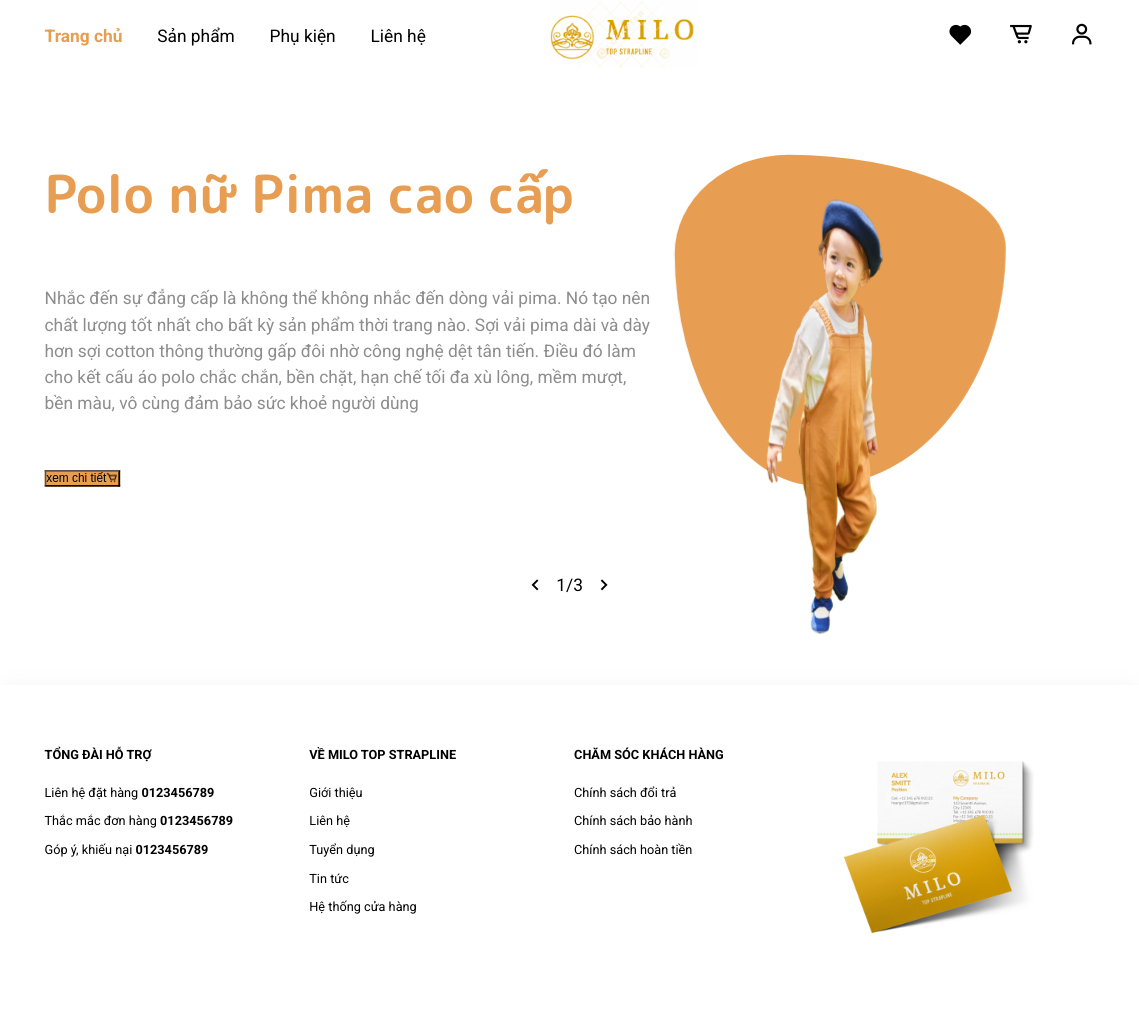
Repository: QuyHoang99k/shop
Page: /
An editor plug-in stored every save of this project. The page is shown before and after the next save, followed by the edit.
The browser window is 1280 px wide. The pictures show the whole page, at 89% of full size.
The project was rebuilt for these pictures with package versions that can differ from the ones it lists, and the page was loaded fresh each time. Also part of the build but not shown: src/pages/Catalog.jsx, src/pages/Cart.jsx, src/pages/Product.jsx.

Above is the page before, as saved 2021-10-18 20:11:43.

### src/sass/index.scss
@import "./_variables.scss";
@import "./mixins";
@import "./_base.scss";

@import "./components/header";
@import "./components/footer";
@import "./components/hero-slider";

### src/components/Layout.jsx
import React from 'react'

import { BrowserRouter, Route } from 'react-router-dom'

import Header from './Header'
import Footer from './Footer'

import Routes from '../routes/Routes'

const Layout = () => {
    return (
        <BrowserRouter>
            <Route render={props => (
                <div>
                    <Header {...props}/>
                    <div className="container">
                        <div className="main">
                            <Routes/>
                        </div>
                    </div>
                    <Footer/>
                </div>
            )}/>
        </BrowserRouter>
    )
}

export default Layout

### src/sass/_variables.scss
$main-bg: #fff;
$main-color: #E79E52;

$txt-main-color: #000;
$txt-second-color:#8d8d8d;
$txt-white:#fff;

$btn-main-bg: $main-color;
$btn-main-color:#fff;

$header-height:80px;
$header-tablet-height:70px;
$header-mobile-height:40px;
$header-shrink-height:70px;

$box-shadow: rgba(149,157,165,0.2) 0px 8px 24px;

$colors:(
  "blue":#E79E52,
  "orange":#E0D3E9,
  "pink":#C19D71,
  "white":#fff,
  "black":#000,
  "main":$main-color

);
$mobile-width: 600px;
$tablet-width:1024px;

$numbers: (0,1,2,3,4,5,6,7,8);

### src/sass/_mixins.scss
@mixin flex ($align-item, $justify-content) {
    display: flex;
    align-items: $align-item;
    justify-content: $justify-content;
}
@mixin mobile {
    @media only screen and (max-width: $mobile-width){
        @content;
    }
}
@mixin tablet {
    @media only screen and (max-width: $tablet-width){
        @content;
    }
}

### src/sass/_base.scss
@import url("https://fonts.googleapis.com/css2?family=M+PLUS+Rounded+1c:wght@100;300;400;500;700;800;900&family=Roboto:ital,wght@0,100;0,300;0,400;0,500;0,700;0,900;1,100;1,300;1,400;1,500;1,700;1,900&display=swap");

@import url("https://fonts.googleapis.com/css2?family=M+PLUS+Rounded+1c:wght@100;300;400;500;700;800;900&family=Roboto:ital,wght@0,100;0,300;0,400;0,500;0,700;0,900;1,100;1,300;1,400;1,500;1,700;1,900&display=swap");

* {
    padding: 0;
    margin: 0;
    box-sizing: border-box;
    -webkit-tap-highlight-color: transparent;
    user-select: none;
}

html {
    font-size: 13px;
}

body {
    font-family: "Roboto", sans-serif;
}

ul {
    list-style-type: none;
}

a {
    text-decoration: none;
    color: unset;
}

a:hover {
    color: $main-color;
}

img {
    max-width: 100%;
}

@each $color, $val in $colors {
    .color-#{$color} {
        color: $val;
    }

    .bg-#{$color} {
        background-color: $val;
    }
}

@each $val in $numbers {
    .grid-col-#{$val} {
        grid-template-columns: repeat($val, 1fr);
    }
}

@each $val in $numbers {
    .grid-col-md-#{$val} {
        @include tablet {
            grid-template-columns: repeat($val, 1fr);
        }
    }
}

@each $val in $numbers {
    .grid-col-sm-#{$val} {
        @include mobile {
            grid-template-columns: repeat($val, 1fr);
        }
    }
}

.container {
    width: 100%;
    max-width: 1620px;
    padding: 0 50px;
    margin: auto;

    @include tablet {
        padding: 0 20px;
    }

    @include mobile {
        padding: 0 10px;
    }
}

.main {
    margin-top: $header-height;
    margin-bottom: 2rem;
    min-height: 100vh;

    @include tablet {
        margin-top: calc(#{$header-tablet-height} + 20px);
    }

    @include mobile {
        margin-top: calc(#{$header-mobile-height} + 10px);
    }
}

.grid {
    display: grid;
}

### src/sass/components/_header.scss
.header {
    background-color: $main-bg;
    position: fixed;
    top: 0;
    left: 0;
    width: 100%;
    z-index: 100;
    height: $header-height;
    transition: height 0.3s ease;

    @include tablet {
        height: $header-tablet-height;
        box-shadow: $box-shadow;
    }

    @include mobile {
        height: $header-mobile-height;
    }

    .container {
        height: 100%;
    }

    &.shrink {
        height: $header-shrink-height;
        box-shadow: $box-shadow;
        z-index: 100;

        @include mobile {
            height: $header-mobile-height;
        }
    }

    &__logo {
        @include flex(center, center);
        position: absolute;
        inset: 0;
        pointer-events: none;

        img {
            height: 75px;
            margin-left: 120px;
            @include tablet{
                height: 50px;
            };
            @include mobile{
                height: 38px;
            }

        }
    }

    &__menu {
        @include flex(center, space-between);
        height: 100%;
        font-size: 1.5rem;

        &__item ~ &__item {
            margin-left: 39px;

            @include tablet {
                margin-left: 20px;
            }

            @include mobile {
                margin-left: 10px;
            }
        }

        &__item.active {
            font-weight: 600;
            color: $main-color;
        }

        &__item:hover {
            color: $main-color;
        }

        &__left,
        &__right {
            @include flex(center, center);
            height: 100%;
        }

        &__right {
            font-size: 2.25rem;

            &__item {
                @include flex(center, center);

                @include tablet {
                    margin-left: 10px;
                }
            }

            @include mobile {
                font-size: 1.5rem;
            }
        }

        &__left {
            &__close {
                display: none;
            }

            @include tablet {
                flex-direction: column;
                background-color: $main-bg;
                position: absolute;
                left: 0;
                top: 0;
                width: 100%;
                height: 100vh;
                justify-content: flex-start;
                padding-top: 30px;
                transform: translateX(-100%);
                transition: transform 0.5s ease;

                &.active {
                    transform: translateX(0);
                }

                &__item ~ &__item {
                    margin-left: unset;
                    margin-top: 20px;
                }

                &__close {
                    display: block;
                    position: absolute;
                    left: 20px;
                    font-size: 2.5rem;
                }
            }
        }

        &__mobile-toggle {
            display: none;

            @include tablet {
                display: block;
                font-size: 2.5rem;
            }
        }
    }
}

### src/sass/components/_footer.scss
.footer{
    padding: 70px 0;
    box-shadow: $box-shadow;
    font-size: 1.1rem;
    &__logo{
        height: 220px;
        width: 220px;
    }

    &__about{
        p{
            margin-bottom: 2rem;
        }
    }
    &__title{
        text-transform: uppercase;
        margin-bottom: 2rem;
        font-weight: 600;
    }
    &__content {
        p {
            margin-bottom: 1.25rem;
        }
    }
}

### src/components/Header.jsx
import React, { useRef, useEffect } from 'react'
import { Link, useLocation } from 'react-router-dom'

import logo from '../assets/images/Logo-2.png'

const mainNav = [
    {
        display: "Trang chủ",
        path: "/"
    },
    {
        display: "Sản phẩm",
        path: "/catalog"
    },
    {
        display: "Phụ kiện",
        path: "/accessories"
    },
    {
        display: "Liên hệ",
        path: "/contact"
    }
]

const Header = () => {

    const { pathname } = useLocation()
    const activeNav = mainNav.findIndex(e => e.path === pathname)

    const headerRef = useRef(null)

    useEffect(() => {
        window.addEventListener("scroll", () => {
            if (document.body.scrollTop > 80 || document.documentElement.scrollTop > 80) {
                headerRef.current.classList.add('shrink')
            } else {
                headerRef.current.classList.remove('shrink')
            }
        })
        return () => {
            window.removeEventListener("scroll")
        };
    }, []);

    const menuLeft = useRef(null)

    const menuToggle = () => menuLeft.current.classList.toggle('active')

    return (
        <div className="header" ref={headerRef}>
            <div className="container">
                <div className="header__logo">
                    <Link to="/">
                        <img src={logo} alt="" />
                    </Link>
                </div>
                <div className="header__menu">
                    <div className="header__menu__mobile-toggle" onClick={menuToggle}>
                        <i className='bx bx-menu-alt-left'></i>
                    </div>
                    <div className="header__menu__left" ref={menuLeft}>
                        <div className="header__menu__left__close" onClick={menuToggle}>
                            <i className='bx bx-chevron-left'></i>
                        </div>
                        {
                            mainNav.map((item, index) => (
                                <div
                                    key={index}
                                    className={`header__menu__item header__menu__left__item ${index === activeNav ? 'active' : ''}`}
                                    onClick={menuToggle}
                                >
                                    <Link to={item.path}>
                                        <span>{item.display}</span>
                                    </Link>
                                </div>
                            ))
                        }
                    </div>
                    <div className="header__menu__right">
                        <div className="header__menu__item header__menu__right__item">
                        <i className='bx bxs-heart'></i>
                        </div>
                        <div className="header__menu__item header__menu__right__item">
                            <Link to="/cart">
                            <i class='bx bx-cart-alt'></i>
                            </Link>
                        </div>
                        <div className="header__menu__item header__menu__right__item">
                            <i className="bx bx-user"></i>
                        </div>
                    </div>
                </div>
            </div>
        </div>
    )
}

export default Header

### src/components/Footer.jsx
import React from 'react'

import { Link } from 'react-router-dom'

import Grid from './Grid'

import logo from '../assets/images/logo-footer.png'

const footerAboutLinks = [
    {
        display: "Giới thiệu",
        path: "/about"
    },
    {
        display: "Liên hệ",
        path: "/about"
    },
    {
        display: "Tuyển dụng",
        path: "/about"
    },
    {
        display: "Tin tức",
        path: "/about"
    },
    {
        display: "Hệ thống cửa hàng",
        path: "/about"
    }
]

const footerCustomerLinks = [
    {
        display: "Chính sách đổi trả",
        path: "/about"
    },
    {
        display: "Chính sách bảo hành",
        path: "/about"
    },
    {
        display: "Chính sách hoàn tiền",
        path: "/about"
    }
]
const Footer = () => {
    return (
        <footer className="footer">
            <div className="container">
                <Grid
                    col={4}
                    mdCol={2}
                    smCol={1}
                    gap={10}
                >
                    <div>
                        <div className="footer__title">
                            Tổng đài hỗ trợ
                        </div>
                        <div className="footer__content">
                            <p>
                                Liên hệ đặt hàng <strong>0123456789</strong>
                            </p>
                            <p>
                                Thắc mắc đơn hàng <strong>0123456789</strong>
                            </p>
                            <p>
                                Góp ý, khiếu nại <strong>0123456789</strong>
                            </p>
                        </div>
                    </div>
                    <div>
                        <div className="footer__title">
                            Về Milo Top strapline
                        </div>
                        <div className="footer__content">
                            {
                                footerAboutLinks.map((item, index) => (
                                    <p key={index}>
                                        <Link to={item.path}>
                                            {item.display}
                                        </Link>
                                    </p>
                                ))
                            }
                        </div>
                    </div>
                    <div>
                        <div className="footer__title">
                            Chăm sóc khách hàng
                        </div>
                        <div className="footer__content">
                            {
                                footerCustomerLinks.map((item, index) => (
                                    <p key={index}>
                                        <Link to={item.path}>
                                            {item.display}
                                        </Link>
                                    </p>
                                ))
                            }
                        </div>
                    </div>
                    <div className="footer__about">
                        <p>
                            <Link to="/">
                                <img src={logo} className="footer__logo" alt="" />
                            </Link>
                        </p>

                    </div>
                </Grid>
            </div>
        </footer>
    )
}

export default Footer

### src/routes/Routes.jsx
/* eslint-disable no-unused-vars */
import React from 'react'
import { Route,Switch } from 'react-router'

import Home from '../pages/Home'
import Catalog from '../pages/Catalog'
import Cart from '../pages/Cart'
import Product from '../pages/Product'



const Routes = () => {
  return (
    <Switch>
      <Route path='/' exact component ={Home}/>
      <Route path='/catalog/:slug' exact component ={Product}/>
      <Route path='/catalog' exact component ={Catalog}/>
      <Route path='/cart' exact component ={Cart}/>
    </Switch>
  )
}

export default Routes

### src/components/Grid.jsx
import React from 'react'
import PropTypes from 'prop-types'

const Grid = props => {

    const style = {
        gap: props.gap ? `${props.gap}px` : '0'
    }

    const col = props.col ? `grid-col-${props.col}` : ''
    const mdCol = props.mdCol ? `grid-col-md-${props.mdCol}` : ''
    const smCol = props.smCol ? `grid-col-sm-${props.smCol}` : ''

    return (
        <div className={`grid ${col} ${mdCol} ${smCol}`} style={style}>
            {props.children}
        </div>
    )
}


Grid.propTypes = {
    col: PropTypes.number.isRequired,
    mdCol: PropTypes.number,
    smCol: PropTypes.number,
    gap: PropTypes.number
}

export default Grid

### src/pages/Home.jsx
import React from 'react'
import Helmet from '../components/Helmet'
import HeroSlider from '../components/HeroSlider'
import heroSliderData from '../assets/fake-data/hero-slider'

const Home = () => {
  return (
    <Helmet title="Trang chủ">
      {/* slider */}
        <HeroSlider data={heroSliderData}
        control={true}
        />

      {/* end slider */}
    </Helmet>
  )
}

export default Home

### src/components/Helmet.jsx
import React from 'react'
import PropTypes from 'prop-types'

const Helmet = props => {

    document.title = 'Milo - ' + props.title
    return (
        <div>
            {props.children}
        </div>
    )
}

Helmet.propTypes = {
    title:PropTypes.string.isRequired
}

export default Helmet

### src/components/HeroSlider.jsx
import React, { useEffect, useState, useCallback } from 'react'
import PropTypes from 'prop-types'
import { Link } from 'react-router-dom'

import Button from './Button'

const HeroSlider = props => {

    const data = props.data

    const timeOut = props.timeOut ? props.timeOut : 3000

    const [activeSlide, setActiveSlide] = useState(0);

    const nextSlide = useCallback(
        () => {
            const index = activeSlide + 1 === data.length ? 0 : activeSlide + 1
            setActiveSlide(index)
        },
        [activeSlide, data],
    )

    const prevSlide = () => {
        const index = activeSlide - 1 < 0 ? data.length - 1 : activeSlide - 1
        setActiveSlide(index)
    }

    useEffect(() => {
        if (props.auto) {
            const slideAuto = setInterval(() => {
                nextSlide()
            }, timeOut);
            return () => {
                clearInterval(slideAuto)
            }
        }
    }, [nextSlide, timeOut, props])

    return (
        <div className="hero-slider">
            {
                data.map((item, index) => (
                    <HeroSliderItem key={index} item={item} active={index === activeSlide}/>
                ))
            }
            {
                props.control ? (
                    <div className="hero-slider__control">
                        <div className="hero-slider__control__item" onClick={prevSlide}>
                            <i className="bx bx-chevron-left"></i>
                        </div>
                        <div className="hero-slider__control__item">
                            <div className="index">
                                {activeSlide + 1}/{data.length}
                            </div>
                        </div>
                        <div className="hero-slider__control__item" onClick={nextSlide}>
                            <i className="bx bx-chevron-right"></i>
                        </div>
                    </div>
                ) : null
            }
        </div>
    )
}

HeroSlider.propTypes = {
    data: PropTypes.array.isRequired,
    control: PropTypes.bool,
    auto: PropTypes.bool,
    timeOut: PropTypes.number
}

const HeroSliderItem = props => (
    <div className={`hero-slider__item ${props.active ? 'active' : ''}`}>
        <div className="hero-slider__item__info">
            <div className={`hero-slider__item__info__title color-${props.item.color}`}>
                <span>{props.item.title}</span>
            </div>
            <div className="hero-slider__item__info__description">
                <span>{props.item.description}</span>
            </div>
            <div className="hero-slider__item__info__btn">
                <Link to={props.item.path}>
                    <Button
                        backgroundColor={props.item.color}
                        icon="bx bx-cart"
                        animate={true}
                    >
                        xem chi tiết
                    </Button>
                </Link>
            </div>
        </div>
        <div className="hero-slider__item__image">
            <div className={`shape bg-${props.item.color}`}></div>
            <img src={props.item.img} alt="" />
        </div>
    </div>
)

export default HeroSlider

### src/components/Button.jsx
import React from 'react'
import PropTypes from 'prop-types'

const Button = props => {

    const bg = props.backgroundColor ? 'bg-' + props.backgroundColor : 'bg-main'

    const size = props.size ? 'btn-' + props.size : ''

    const animate = props.animate ? 'btn-animate' : ''

    return (
        <button
            className={`btn ${bg} ${size} ${animate}`}
            onClick={props.onClick ? () => props.onClick() : null}
        >
            <span className="btn__txt">{props.children}</span>
            {
                props.icon ? (
                    <span className="btn__icon">
                        <i className={`${props.icon} bx-tada`}></i>
                    </span>
                ) : null
            }
        </button>
    )
}

Button.propTypes = {
    backgroundColor: PropTypes.string,
    size: PropTypes.string,
    icon: PropTypes.string,
    animate: PropTypes.bool,
    onclick: PropTypes.func
}

export default Button

Loaded but not shown: public/index.html (common file); src/reportWebVitals.js (common file); src/assets/boxicons-2.0.7/css/boxicons.min.css (library); src/assets/fake-data/hero-slider.js (29 lines, source omitted); src/index.js (22 lines, source omitted); src/sass/components/_hero-slider.scss (203 lines, source omitted)

After the next save:
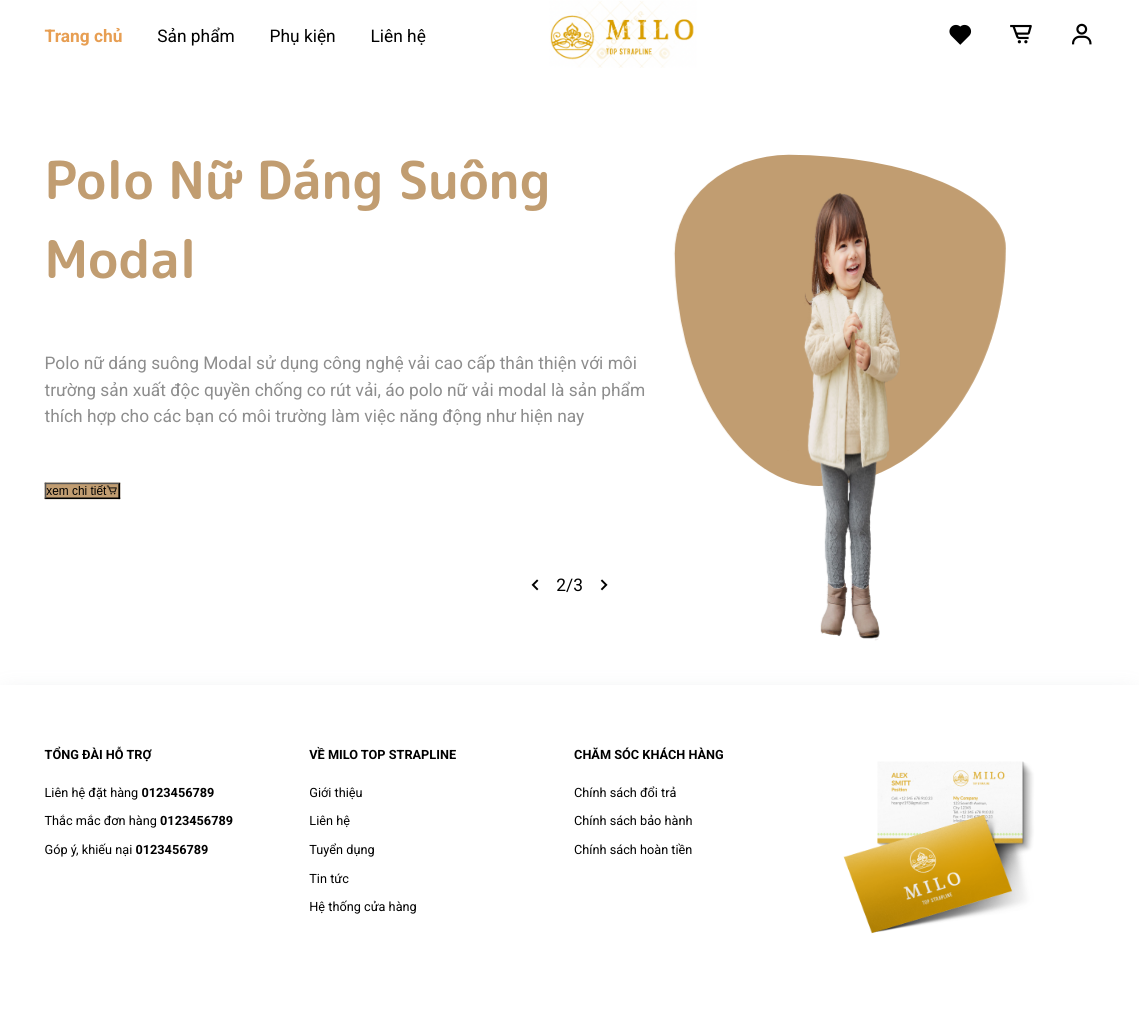
Saved 18 min 9 s later.
--- a/src/pages/Home.jsx
+++ b/src/pages/Home.jsx
@@ -9,6 +9,7 @@
       {/* slider */}
         <HeroSlider data={heroSliderData}
         control={true}
+        auto={true}
         />
 
       {/* end slider */}
